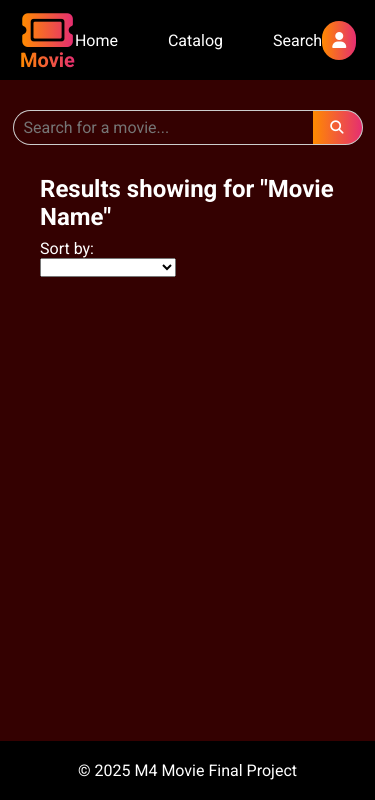
Repository: avivanguyen/m4_movie-FinalProject
Page: index.html
These files come from the project's save history. The page is drawn as it stood at one moment and after a run of saves; the edit follows.
The browser window is 375 px wide. The pictures show the whole page.
Some web libraries are served in a nearby version.

Above is the page before, as saved 2025-12-30 17:13:39.

### index.html
<!DOCTYPE html>
<html lang="en">
<head>
    <meta charset="UTF-8">
    <meta name="viewport" content="width=device-width, initial-scale=1.0">
    <title>M4 Movie Final Project</title>
    <link rel="stylesheet" href="styles.css">
    <script src="script.js" defer></script>
    <script src="https://kit.fontawesome.com/2588cf0bac.js" crossorigin="anonymous"></script>
</head>
<body>
    <nav>
        <div class="logo">
            <i class="fa-solid fa-ticket logo__ticket"></i>
            <h1 class="logo__title">Movie</h1>
        </div>
        <ul class="nav-links">
            <li><a href="#">Home</a></li>
            <li><a href="#">Catalog</a></li>
            <li><a href="#">Search</a></li>
        </ul>
        <div class="login">
            <button>
                <a href="#">
                    <i class="fa-solid fa-user login__icon"></i>
                    <span class="login__text">Login</span>
                </a>
            </button>
        </div>
    </nav>
    <main>
        <section class="search-section">
            <input type="text" id="search-input" placeholder="Search for a movie..." onchange="onSearchMovie(event)">
            <button id="search-button"><i class="fa-solid fa-magnifying-glass"></i></button>
        </section>
        <section class="results__section">
            <div id="results__container">
                <div class="breadcrumb">
                    <h2>Results showing for "<span id="search-term">Movie Name</span>"</h2>
                </div>
                <div class="sort">
                    <label for="sort-select">Sort by:</label>
                    <select id="sort-select" onchange="onSortChange(event)">
                        <option value="title-default">   </option>
                        <option value="title-ascending">Movie Title (A-Z)</option>
                        <option value="title-descending">Movie Title (Z-A)</option>
                        <option value="year-descending">Year (Newest First)</option>
                        <option value="year-ascending">Year (Oldest First)</option>
                    </select>
                </div>
                <div class="loading hidden">
                    <i class="fa fa-spinner fa-spin"></i>
                </div>
                <div class="movie">
                    <div class="movie-card hidden">
                        <div class="movie-card__container" onclick="toggleModal()">
                            <div class="movie__poster">
                                <img src="./assets/movie_poster-placeholder.png" alt="">
                            </div>
                            <div class="movie__title">Movie Title</div>
                            <div class="movie__year">20XX</div>
                        </div>
                    </div>
                    <!-- <div class="movie-card">
                        <div class="movie-card__container" onclick="toggleModal()">
                            <div class="movie__poster">
                                <img src="./assets/movie_poster-placeholder.png" alt="">
                            </div>
                            <div class="movie__title">Movie Title</div>
                            <div class="movie__year">20XX</div>
                        </div>
                    </div>
                    <div class="movie-card">
                        <div class="movie-card__container" onclick="toggleModal()">
                            <div class="movie__poster">
                                <img src="./assets/movie_poster-placeholder.png" alt="">
                            </div>
                            <div class="movie__title">Movie Title</div>
                            <div class="movie__year">20XX</div>
                        </div>
                    </div>
                    <div class="movie-card">
                        <div class="movie-card__container" onclick="toggleModal()">
                            <div class="movie__poster">
                                <img src="./assets/movie_poster-placeholder.png" alt="">
                            </div>
                            <div class="movie__title">Movie Title</div>
                            <div class="movie__year">20XX</div>
                        </div>
                    </div>
                    <div class="movie-card">
                        <div class="movie-card__container" onclick="toggleModal()">
                            <div class="movie__poster">
                                <img src="./assets/movie_poster-placeholder.png" alt="">
                            </div>
                            <div class="movie__title">Movie Title</div>
                            <div class="movie__year">20XX</div>
                        </div>
                    </div>
                    <div class="movie-card">
                        <div class="movie-card__container" onclick="toggleModal()">
                            <div class="movie__poster">
                                <img src="./assets/movie_poster-placeholder.png" alt="">
                            </div>
                            <div class="movie__title">Movie Title</div>
                            <div class="movie__year">20XX</div>
                        </div>
                    </div> -->
                </div>
            </div>
        </section>
        <div class="modal">
            <div class="modal__half modal__poster">
                <figure>
                    <img src="./assets/movie_poster-placeholder.png" alt="">
                </figure>
            </div>
            <div class="modal__half modal__description">
                <h2 class="modal__title">Movie Title</h2>
                <p class="modal__year">20XX</p>
                <p class="modal__plot">Lorem ipsum dolor sit amet, consectetur adipiscing elit. Sed do eiusmod tempor incididunt ut labore et dolore magna aliqua.</p>
                <ul class="modal__details">
                    <li><strong>Director:</strong> Director Name</li>
                    <li><strong>Actors:</strong> Actor 1, Actor 2, Actor 3</li>
                    <li><strong>Runtime:</strong> XX min</li>
                </ul>
                <button class="watch">Watch Now</button>
            </div>
            <button class="close-button" onclick="toggleModal()">Close</button>
        </div>
    </main>
    <footer>
        <p>&copy; 2025 M4 Movie Final Project</p>
    </footer>
</body>
</html>

### styles.css
@import url('https://fonts.googleapis.com/css2?family=Roboto:ital,wght@0,100..900;1,100..900&display=swap');

* {
    margin: 0;
    padding: 0;
    box-sizing: border-box;
    font-family: 'Roboto', sans-serif;
}

body {
    background-color: #340101;
    min-height: 100vh;
    display: flex;
    flex-direction: column; /*ensures footer stays at bottom*/
}

a {
    text-decoration: none;
}

li {
    list-style: none;
}

.hidden {
    display: none !important;
}

/*
NAVIGATION STYLES
*/
nav {
    display: flex;
    justify-content: space-between;
    align-items: center;
    flex-direction: row;
    background-color: black;
    width: 100%;
    padding: 15px 40px;
}

.logo {
    display: flex;
    align-items: center;
    flex-direction: column;
}

.logo__ticket,
.logo__title {
    background: linear-gradient(90deg, #ff8a00, #e52e71);
    background-clip: text;
    -webkit-background-clip: text;
    -webkit-text-fill-color: transparent;
}

.logo__ticket {
    font-size: 45px;
    margin-bottom: -5px;
}

.logo__title {
    font-size: 20px;
}

.nav-links {
    display: flex;
    flex-direction: row;
    gap: 100px;
}

.nav-links a {
    color: white;
    font-size: 16px;
    transition: color 300ms ease;
}

.nav-links a:hover,
.close-button:hover {
    color: #ff8a00;
}

.login button,
.modal button.watch {
    background: linear-gradient(90deg, #ff8a00, #e52e71);
    border: none;
    padding: 10px 25px;
    border-radius: 50px;
    color: white;
    font-size: 16px;
    cursor: pointer;
    transition: transform 300ms ease;
}
.login button:hover,
.modal button.watch:hover {
    transform: scale(1.1);
}

.login a {
    color: white;
}


/*
SEARCH STYLES
*/
.search-section {
    display: flex;
    justify-content: center;
    align-items: center;
    margin: 30px 0;
}

#search-input {
    width: 400px;
    height: 35px;
    padding: 0 10px;
    font-size: 16px;
    border: 1.5px solid #ccc;
    border-right: none;
    border-radius: 50px 0 0 50px;
    outline: none;
    background-color: transparent;
    color: white;
}

#search-button {
    height: 35px;
    width: 50px;
    outline: none;
    border-radius: 0 50px 50px 0;
    border: 1.5px solid #ccc;
    border-left: none;
    cursor: pointer;
    background: linear-gradient(90deg, #ff8a00, #e52e71);
    transition: all 300ms ease;
    position: relative;
}
#search-button:hover {
    background: transparent;
    border: 2px solid transparent;
    background-image: linear-gradient(#340101, #340101), linear-gradient(90deg, #ff8a00, #e52e71);
    background-origin: border-box;
    background-clip: padding-box, border-box;
}

.search-section #search-button i {
    color: white;
}

/*
LOADING STYLES
*/
.loading {
    justify-content: center;
    align-items: center;
    margin-top: 20px;
    opacity: 1;
    transition: opacity 500ms ease-in-out;
}

.loading:not(.hidden) {
    display: flex;
}

.loading.hidden {
    opacity: 0;
    transition: opacity 500ms ease-in-out 1000ms;
}

.fa-spinner {
    font-size: 35px;
    color: white;
}

/*
RESULTS STYLES
*/
.breadcrumb {
    color: white;
    margin-left: 20px;
    margin-bottom: 40px;
}

.sort label {
    color: white;
    margin-right: 10px;
}

.sort {
    display: flex;
    justify-content: flex-end;
    align-items: center;
    margin-top: -65px;
}

.results__section {
    margin: 0 60px;
}

.movie {
    width: 100%;
    height: auto;
    padding: 0 80px;
    margin-top: 20px;
    display: flex;
    flex-direction: row;
    flex-wrap: wrap;
    justify-content: center;
}

.movie-card {
    cursor: pointer;
    margin: 15px;
    width: 200px; /*makes sure all cards are same size and that the text doesn't overflow*/
    display: flex;
    flex-direction: row;
    flex-wrap: wrap;
    justify-content: center;
    transition: transform 300ms ease;
}
.movie-card:hover {
    transform: scale(1.05);
    background-color: #4d0d0d;
    border-radius: 8px;
    box-shadow: 0 6px 12px #4d0d0d;
}

.movie-card__container {
    padding: 4px 18px;
}

.movie__poster img {
    width: 200px;
    height: 300px;
    box-shadow: 0 4px 8px rgba(0, 0, 0, 0.2);
}

.movie__title,
.movie__year {
    color: white;
    text-align: center;
    margin-top: 2px;
}

/*
MODAL STYLES
*/
.modal {
    display: flex;
    position: fixed;
    top: 50%;
    left: 50%;
    transform: translate(-50%, -50%);
    width: 90%;
    max-width: 1100px;
    background-color: #4b3434;
    box-shadow: 0 6px 12px #4d0d0d;
    visibility: hidden;
    transition: visibility 400ms, z-index 300ms ease;
}

.modal--open .modal {
    display: flex;
    z-index: 50;
    box-shadow: 0 6px 12px #4d0d0d;
    visibility: visible;
}

.modal__half {
    display: flex;
    flex-direction: column;
    justify-content: center;
    position: relative;
}

.modal__poster img {
    width: 100%;
}

.modal__description {
    padding: 80px;
    color: white;
    line-height: 2.5;
}

.watch {
    margin-top: auto;
    width: 50%;
    display: flex;
    justify-content: center;
    align-items: center;
    margin-left: 100px;
}

.close-button {
    position: absolute;
    top: 15px;
    right: 30px;
    font-size: 20px;
    color: white;
    cursor: pointer;
    background-color: transparent;
    border: none;
}

/*
FOOTER STYLES
*/
footer {
    text-align: center;
    padding: 20px 0;
    background-color: black;
    color: white;
    margin-top: auto;
}


/*
RESPONSIVE STYLES
*/
@media (max-width: 768px) {
    .nav-links {
            gap: 75px;
        }

    #search-input {
        width: 300px;
    }

    .movie-card {
        margin: 15px;
    }

    .modal__description {
        padding: 40px;
        line-height: 2;
    }

    .modal__details {
        margin-bottom: 15px;
    }

    .close-button {
        font-size: 18px;
    }
}

@media (max-width: 480px) {
    nav {
        padding: 8px 20px;
    }
    .nav-links {
        gap: 50px;
    }

    .login__text {
        display: none;
    }
    .login button {
        padding: 10px;
    }

    .breadcrumb {
        margin-bottom: 8px;
    }

    .sort {
        margin-top: 0px;
        margin-left: 20px;
        display: flex;
        flex-direction: column;
        align-items: flex-start;
    }

    .movie-card {
        margin: 8px;
    }
    .movie__poster img {
        width: 150px;
        height: auto;
    }
    .movie__title, .movie__year {
        font-size: 20px;
    }

    .results__section {
        margin: 0 20px;
    }
    .movie {
        padding: 0;
    }

    .modal {
        flex-direction: column;
    }
    .modal__description {
        padding: 18px;
        line-height: 1.8;
    }
    .modal__poster {
        display: flex;
        justify-content: center;
        align-items: center;
        text-align: center;
    }
    .modal__poster img {
        width: 50%;
    }
}

### script.js
//API key: 5aa2e87d
//base URL: https://www.omdbapi.com/?apikey=5aa2e87d&s=MOVIE_NAME_HERE

//Modal functionality
let isModalOpen = false;

function toggleModal() {
  if (isModalOpen) {
    isModalOpen = !isModalOpen;
    return document.body.classList.remove("modal--open");
  }
  isModalOpen = true;
  document.body.classList += " modal--open";
}

//Search functionality
async function onSearchMovie(event) {
  const searchMovie = event.target.value;

  if (!searchMovie) return;

  //breadcrumb
  document.getElementById("search-term").textContent = searchMovie;

  const movieContainer = document.querySelector(".movie");
  const loadingSpinner = document.querySelector(".loading");
  const sortSelect = document.getElementById("sort-select");

  sortSelect.value = "title-default";

  loadingSpinner.classList.remove("hidden");

  // Fetch movies from API
  const response = await fetch(
    `https://www.omdbapi.com/?apikey=5aa2e87d&s=${searchMovie}`
  );
  const data = await response.json();

  loadingSpinner.classList.add("hidden");

  if (data.Response === "True") {
    // Store original order from API
    originalMovieOrder = data.Search.slice(0, 6);

    movieContainer.innerHTML = originalMovieOrder
      .map((movie) => movieCardHtml(movie))
      .join("");
  } else {
    movieContainer.innerHTML = `<div class="breadcrumb">
            <h2>Results showing for "<span id="search-term">${searchMovie}</span>"</h2>
        </div>`;
  }
}

//Movie card results
function movieCardHtml(movie) {
  return `
    <div class="movie-card">
        <div class="movie-card__container" onclick="toggleModal()">
            <div class="movie__poster">
                <img src="${
                  movie.Poster !== "N/A"
                    ? movie.Poster
                    : "./assets/movie_poster-placeholder.png"
                }" alt="">
            </div>
            <div class="movie__title">${movie.Title}</div>
            <div class="movie__year">${movie.Year}</div>
        </div>
    </div>`;
}

//Movie filter functionality
let originalMovieOrder = [];

function onSortChange(event) {
  const movieContainer = document.querySelector(".movie");
  const sortValue = event.target.value;

  if (sortValue === "title-default") {
    movieContainer.innerHTML = originalMovieOrder
      .map((movie) => movieCardHtml(movie))
      .join("");
  } else {
    const movies = Array.from(movieContainer.children);
    movies.sort((a, b) => {
      const titleA = a.querySelector(".movie__title").textContent.toUpperCase();
      const titleB = b.querySelector(".movie__title").textContent.toUpperCase();
      const yearA = parseInt(a.querySelector(".movie__year").textContent);
      const yearB = parseInt(b.querySelector(".movie__year").textContent);

      if (sortValue === "title-ascending") {
        return titleA < titleB ? -1 : titleA > titleB ? 1 : 0;
      } else if (sortValue === "title-descending") {
        return titleA > titleB ? -1 : titleA < titleB ? 1 : 0;
      } else if (sortValue === "year-descending") {
        return yearA > yearB ? -1 : yearA < yearB ? 1 : 0;
      } else if (sortValue === "year-ascending") {
        return yearA < yearB ? -1 : yearA > yearB ? 1 : 0;
      }
      return 0;
    });

    movieContainer.innerHTML = "";
    movies.forEach((movie) => movieContainer.appendChild(movie));
  }
}

// //Movie modal results
// async function movieModalHtml(imdbID) {
//   toggleModal();
//   const response = await fetch(
//     `https://www.omdbapi.com/?apikey=5aa2e87d&i=${imdbID}`
//   );
//   const movie = await response.json();

//   document.querySelector(".modal__poster img").src =
//     movie.Poster !== "N/A"
//       ? movie.Poster
//       : "./assets/movie_poster-placeholder.png";
//   document.querySelector(".modal__title").textContent = movie.Title;
//   document.querySelector(".modal__year").textContent = movie.Year;
// }
// function movieModalHtml(movie) {
//   return `
//     <div class="modal">
//             <div class="modal__half modal__poster">
//                 <figure>
//                     <img src="${
//                       movie.Poster !== "N/A"
//                         ? movie.Poster
//                         : "./assets/movie_poster-placeholder.png"
//                     }" alt="">
//                 </figure>
//             </div>
//             <div class="modal__half modal__description">
//                 <h2 class="modal__title">${movie.Title}</h2>
//                 <p class="modal__year">${movie.Year}</p>
//                 <p class="modal__plot">Lorem ipsum dolor sit amet, consectetur adipiscing elit. Sed do eiusmod tempor incididunt ut labore et dolore magna aliqua.</p>
//                 <ul class="modal__details">
//                     <li><strong>Director:</strong> Director Name</li>
//                     <li><strong>Actors:</strong> Actor 1, Actor 2, Actor 3</li>
//                     <li><strong>Runtime:</strong> XX min</li>
//                 </ul>
//                 <button class="watch">Watch Now</button>
//             </div>
//             <button class="close-button" onclick="toggleModal()">Close</button>
//         </div>`;
// }

After the next 2 saves:
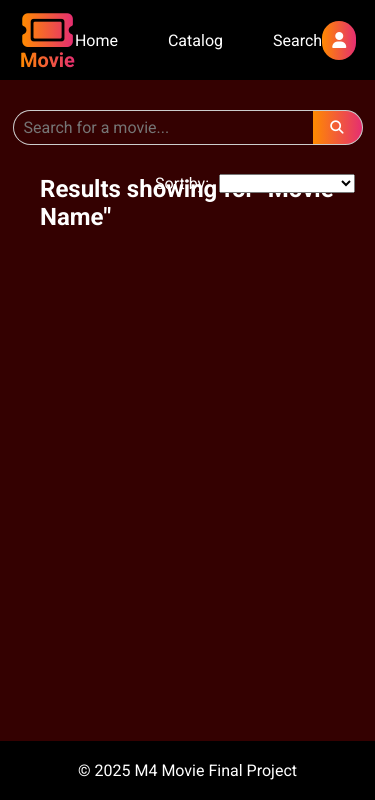
The 2 saves are shown as one change because they came seconds apart.
The last was saved 24 s later.
--- a/styles.css
+++ b/styles.css
@@ -364,14 +364,6 @@ RESPONSIVE STYLES
         margin-bottom: 8px;
     }
 
-    .sort {
-        margin-top: 0px;
-        margin-left: 20px;
-        display: flex;
-        flex-direction: column;
-        align-items: flex-start;
-    }
-
     .movie-card {
         margin: 8px;
     }
